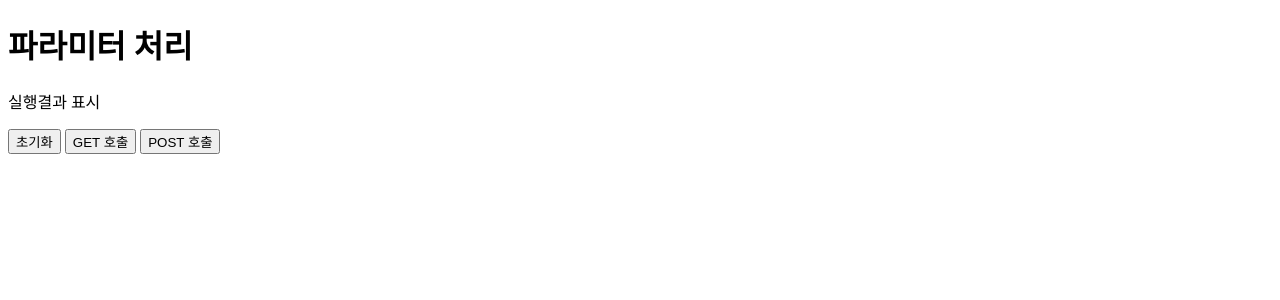
Repository: shouvoo/bitAcademy
Page: work/jsp/06_javascript/WebContent/08_ajax/test04.html
These files come from the project's save history. The page is drawn as it stood at one moment and after the next save; the edit follows.
The browser window is 1280 px wide. The pictures show the whole page.
After loading, the first visible `#clearBtn` was clicked once.

Above is the page before, as saved 2017-11-15 02:36:18.

### work/jsp/06_javascript/WebContent/08_ajax/test04.html
<!DOCTYPE html>
<html>
<head>
<meta charset="UTF-8">
<title>Insert title here</title>
<script type="text/javascript" src="jquery.js"></script>
</head>
<body>
	<!--
		파라미터 처리
	 -->

	 <h1>파라미터 처리</h1>
	 <div id="result">실행결과 표시</div>
	 <p>
	 	<button id="clearBtn">초기화</button>
	 	<button id="getBtn">GET 호출</button>
	 	<button id="postBtn">POST 호출</button>
	 </p>

	 <script type="text/javascript">

	 	$("#clearBtn").on("click", function(e){
	 		$("#result").text("실행결과 표시");
	 	});

	 	$("#getBtn").on("click", function(e){
	 		var xhr = new XMLHttpRequest();
	 		xhr.onreadystatechange = function()
	 		{
	 			if(this.readyState != 4) return;

	 			if(this.status == 200)
 				{
	 				$("#result").html();
 				}
	 		}

	 		xhr.open("GET", "test04?msg=test", true);
	 		xhr.send();
	 	})

	 	$("#postBtn").on("click", function(e){
	 		var xhr = new XMLHttpRequest();
	 		xhr.onreadystatechange = function()
	 		{
	 			if(this.readyState != 4) return;

	 			if(this.status == 200)
 				{
	 				$("#result").html();
 				}
	 		}
	 		//포스트 방식일 경우 파라미터 정보를 send 에 추가해서 보내준다
	 		xhr.open("POST", "test04", true);
	 		xhr.send("msg=test");
	 	})

	 </script>
</body>
</html>

Loaded but not shown: work/jsp/06_javascript/WebContent/08_ajax/jquery.js (library)

After the next save:
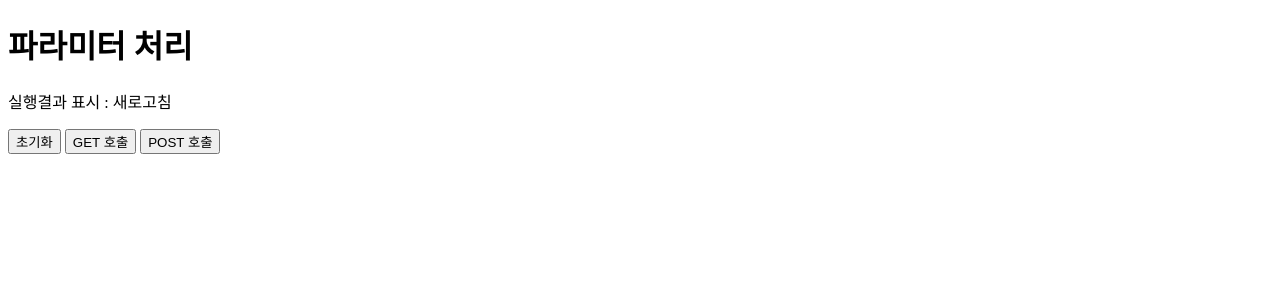
Saved 5 s later.
--- a/work/jsp/06_javascript/WebContent/08_ajax/test04.html
+++ b/work/jsp/06_javascript/WebContent/08_ajax/test04.html
@@ -21,7 +21,7 @@
 	 <script type="text/javascript">
 
 	 	$("#clearBtn").on("click", function(e){
-	 		$("#result").text("실행결과 표시");
+	 		$("#result").text("실행결과 표시 : 새로고침");
 	 	});
 
 	 	$("#getBtn").on("click", function(e){
